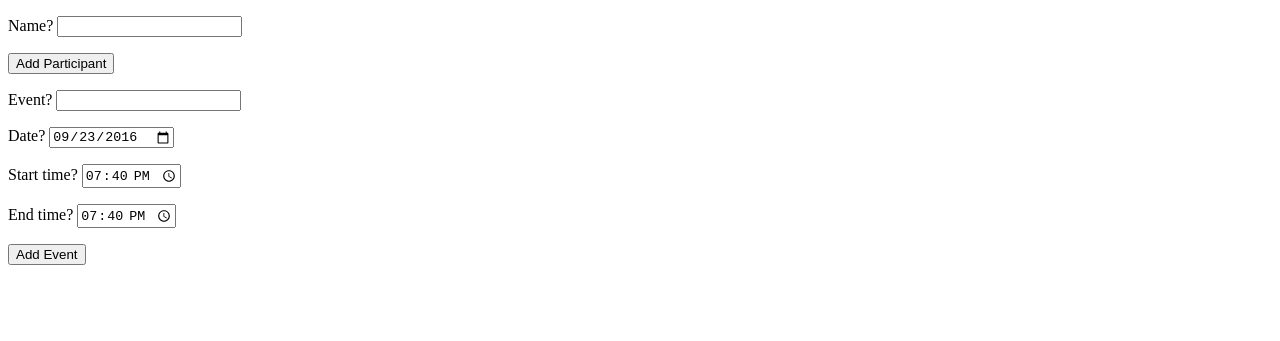
Repository: couttsb/Assignment1
Page: http://localhost/index.php
These files come from the project's save history. The page is drawn as it stood at one moment and after the next save; the edit follows.
The browser window is 1280 px wide. The pictures show the whole page.
The page is run by PHP 8.4 with error messages shown; the project is at /var/www/html/.

Above is the page before, as saved 2016-09-28 04:43:04.

After the next save:
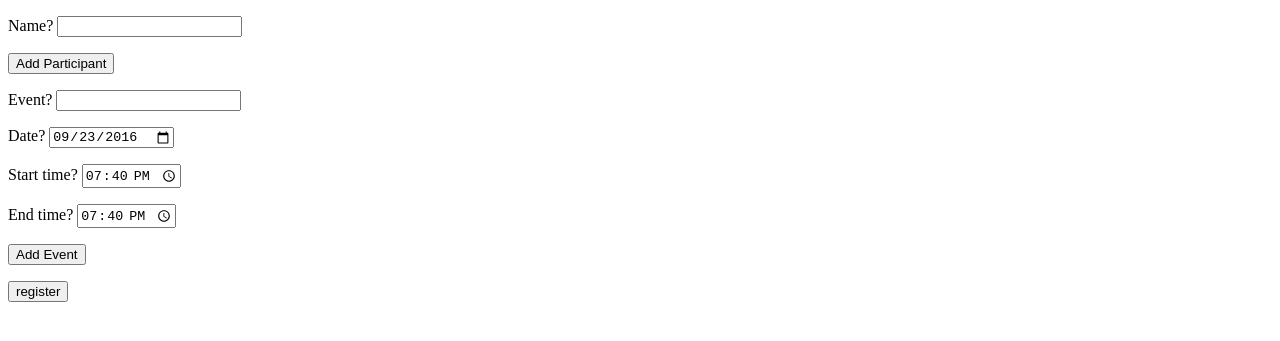
Saved 116 s later.
--- a/Online/EventRegistration/index.php
+++ b/Online/EventRegistration/index.php
@@ -48,13 +48,14 @@
 		require_once "Model/Registration.php";
 		?>
 		<form action="register.php" method="post">
-		<span class="error">
-		<?php
-		if (isset($_SESSION['errorEventName']) && !empty($_SESSION['errorEventName'])) {
-			echo " * " . $_SESSION["errorEventName"];
-		}
-		?>
-		</span></form>
-
+			<span class="error">
+			<?php
+			if (isset($_SESSION['errorRegister']) && !empty($_SESSION['errorRegister'])) {
+				echo " * " . $_SESSION["errorRegister"];
+			}
+			?>
+			</span>
+			<p><input type="submit" value="register"/></p>
+		</form>
 	</body>
 </html>
